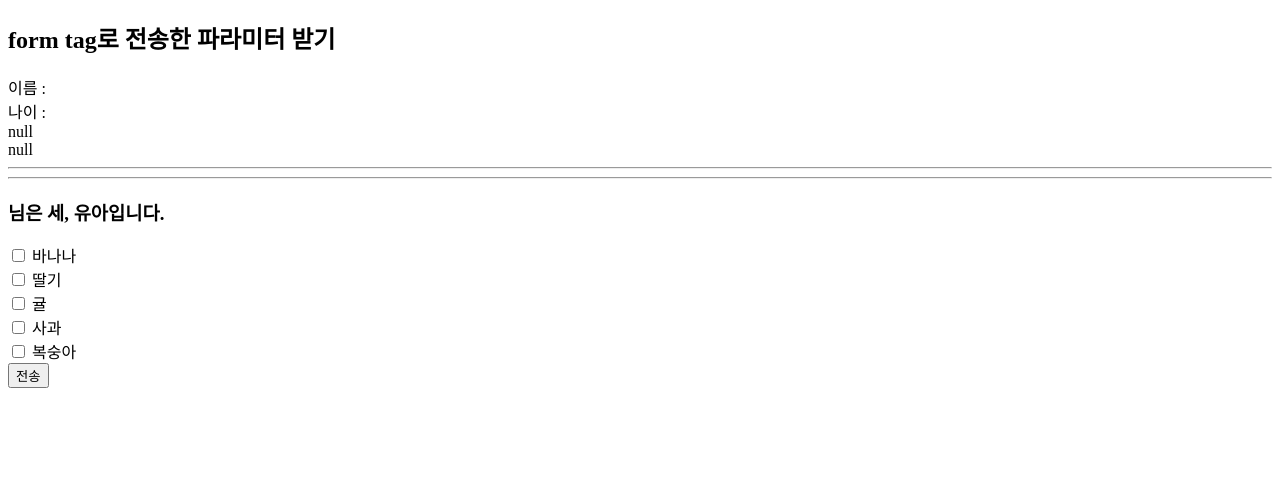
Repository: HaeunOh/study
Page: http://localhost/jstl_study/step-4.jsp
The author's editor kept a copy of each file at every save. The page is drawn from the files as they stood at one save, then again after the next save.
The browser window is 1280 px wide. The pictures show the whole page.
The page is served by Tomcat 9.

Above is the page before, as saved 2024-04-11 03:47:30.

After the next save:
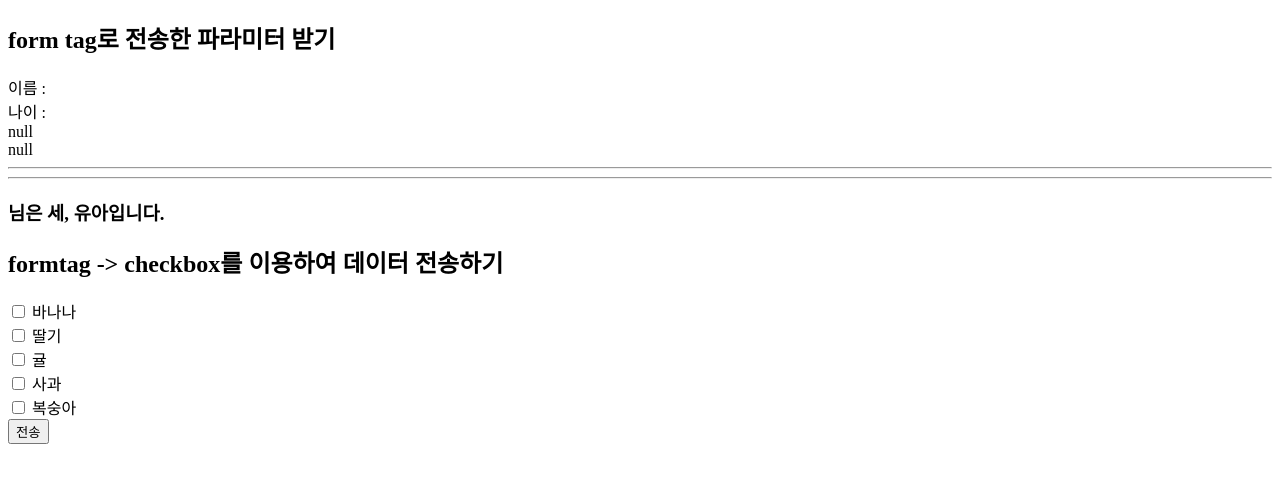
Saved 43 s later.
--- a/_jstl_workspace/jstl_study/src/main/webapp/step-4.jsp
+++ b/_jstl_workspace/jstl_study/src/main/webapp/step-4.jsp
@@ -45,6 +45,7 @@
 		</c:otherwise>
 	</c:choose>
 
+	<h2>formtag -> checkbox를 이용하여 데이터 전송하기</h2>
 	<form action="step-5.jsp">
 		<input type="checkbox" name="food" value="바나나"> 바나나 <br>
 		<input type="checkbox" name="food" value="딸기"> 딸기 <br>
